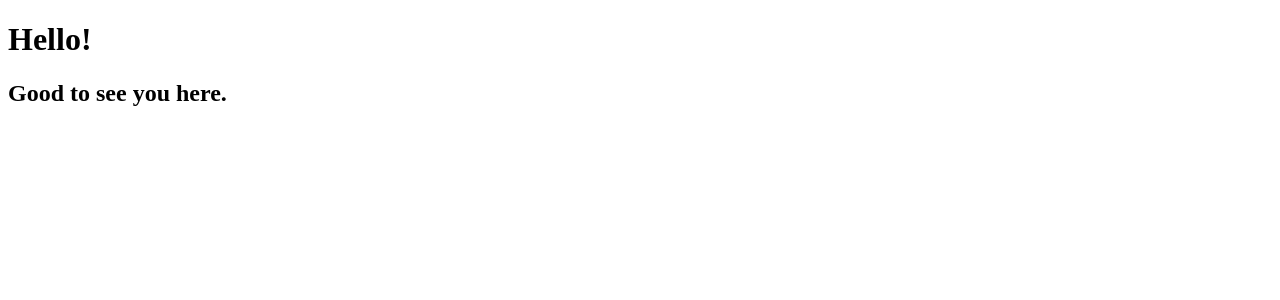
Repository: glgeorgiou/100-days-of-code-projects
Page: Front End Libraries Certification/4.React/react-test.html
An editor plug-in stored every save of this project. The page is shown before and after the next save, followed by the edit.
The browser window is 1280 px wide. The pictures show the whole page.
Some web libraries are served in a nearby version.

Above is the page before, as saved 2019-06-06 09:36:58.

After the next save:
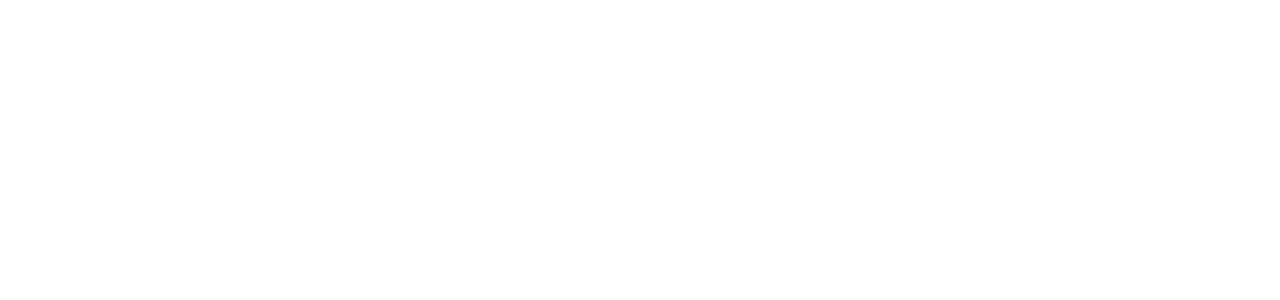
Console error: ReferenceError: response is not defined
Saved 2 min 2 s later.
--- a/Front End Libraries Certification/4.React/react-test.html
+++ b/Front End Libraries Certification/4.React/react-test.html
@@ -16,13 +16,9 @@
     <div id="challenge-node"></div>
 
     <script type="text/babel">
-
-      const element = (
-        <div>
-    <h1>Hello!</h1>
-    <h2>Good to see you here.</h2>
-  </div>
-      );
+const title = response.potentiallyMaliciousInput;
+// This is safe:
+const element = <h1>{title}</h1>;
 
 
       ReactDOM.render(element, document.getElementById('challenge-node'))  ;

After the save that followed:
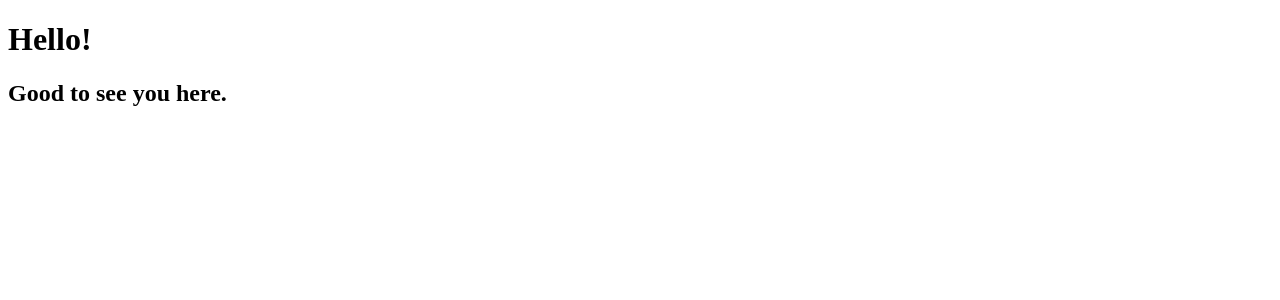
The error is gone.
Saved 82 s later.
--- a/Front End Libraries Certification/4.React/react-test.html
+++ b/Front End Libraries Certification/4.React/react-test.html
@@ -16,9 +16,13 @@
     <div id="challenge-node"></div>
 
     <script type="text/babel">
-const title = response.potentiallyMaliciousInput;
-// This is safe:
-const element = <h1>{title}</h1>;
+
+      const element = (
+        <div className="myclass">
+        <h1>Hello!</h1>
+        <h2>Good to see you here.</h2>
+      </div>
+      );
 
 
       ReactDOM.render(element, document.getElementById('challenge-node'))  ;
